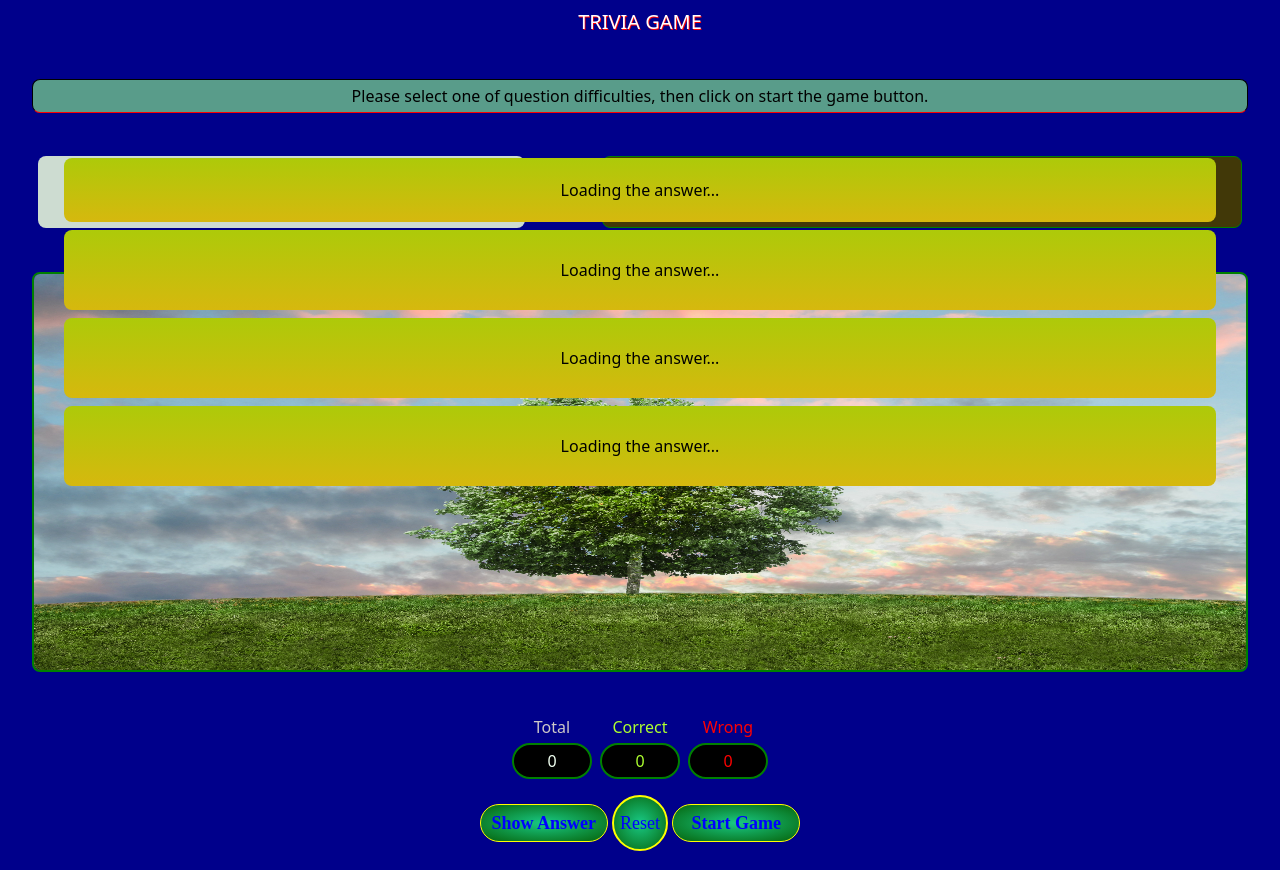
Repository: ShindanoSingi/bembe-trivia
Page: index.html
The author's editor kept a copy of each file at every save. The page is drawn from the files as they stood at one save, then again after the next save.
The browser window is 1280 px wide. The pictures show the whole page.
Some web libraries are served in a nearby version.

Above is the page before, as saved 2022-09-08 00:57:15.

### index.html
<!DOCTYPE html>
<html lang="en">

    <head>
        <meta charset="UTF-8">
        <meta http-equiv="X-UA-Compatible" content="IE=edge">
        <meta name="viewport" content="width=device-width, initial-scale=1.0">
        <link rel="stylesheet" href="style.css">
        <script src="https://cdn.tailwindcss.com"></script>
        <title>Trivia Game</title>
    </head>

    <body class="">
        <div class="containerBox max-h-[100vh] my-2 flex flex-col gap-[6vh]">
            <h1 class="text-center text-xl" >TRIVIA GAME</h1>
            <div class="questionBox text-center w-[95vw] px-2 h-[8rem] p-1 mx-auto rounded-lg">
                Please select one of question difficulties, then click on start the game button.
            </div>
            <div class="category-and-difficulty-container items-center justify-around flex">
                <div class="category-container w-[38vw] h-[4.5rem] bg-[#CDDCD1] flex items-center flex-col py-[0.3rem] rounded-lg">
                    <div class="labelCategory text-sm font-bold text-black">CATEGORY</div>
                    <div class="category text-sm text-center p-1 rounded-lg">
                        Loading category...
                    </div>
                </div>
                <div class="qDifficultyBox w-[50vw] pb-1 rounded-lg items-center flex h-[4.5rem] justify-around flex-col">
                        <div id="question" class="qCat text-sm">QUESTION DIFFICULTY</div>
                        <div class="difficulties-container flex gap-1">
                            <button class="difficulty px-1.5 text-sm rounded-full" id="easy">Easy</button>
                            <button class="difficulty px-1.5 rounded-full text-sm" id="medium">Medium</button>
                            <button class="difficulty px-1.5 text-sm rounded-full" id="hard">Hard</button>
                    </div>
                </div>
            </div>
            <div class="imgAndQuestions">
                <img class="w-[95vw] h-[25rem] mx-auto" src="pexels-skitterphoto-9198.jpg" alt="nature image">
                <div class="answersButtons absolute bottom-[14.6rem] ml-[5vw] flex space-y-2 items-center  flex-col">
                    <button class="showAnswer w-[90vw] p-1 absolute bottom-[17rem] mx-auto text-sm h-[5rem]">Loading the answer...</button>
                    <button class="response w-[90vw] p-1 text-center text-md h-[4rem]" id="response1">Loading the answer...</button>
                    <button class="response w-[90vw] p-1 text-md h-[5rem]" id="response2">Loading the answer...</button>
                    <button class="response w-[90vw] p-1 text-md h-[5rem]" id="response3">Loading the answer...</button>
                    <button class="response w-[90vw] p-1 text-md h-[5rem]" id="response4">Loading the answer...</button>
                    </div>
                </div>

            <div id="bottomPart" class="flex  mx-auto flex-col items-center gap-4">
                <div class="labelsAndButtons relative left-1 flex space-x-2">
                    <div class="question-number flex flex-col items-center">
                        <p class="labels pb-1" id="labelQ">Total</p>
                        <div class="bottombuttons w-[5rem] text-center py-1" id="questionNumber">0</div>
                    </div>
                    <div class="correct-answers flex flex-col items-center">
                        <p class="labels pb-1" id="labelC">Correct</p>
                        <div class="bottombuttons w-[5rem] text-center py-1" id="correct">0</div>
                    </div>
                    <div class="wrong-answers flex flex-col items-center">
                        <p class="labels pb-1" id="labelW">Wrong</p>
                        <div class="bottombuttons w-[5rem] text-center py-1" id="wrong">0</div>
                    </div>
                    <div class="timerQuestionCorrectWrong"></div>
                </div>
                <div class="threeBottomButtons">
                    <button class="w-[8rem] text-lg py-1" id="showAnswer">Show Answer</button>
                    <button class="reset text-lg p-1 w-[3.5rem] h-[3.5rem] rounded-full">Reset</button>
                    <button class="startGame text-lg w-[8rem] py-1">Start Game</button>
                </div>
            </div>
            </div>
        <script src="./script.js"></script>
    </body>
</html>

### style.css

/* iPhone 8 and smaller */

    /*  Set h1 text to red */
    h1 {
        color: #fff;
        text-shadow: 0.05rem 0.05rem red;
    }

    /* The box containing the question */
    .questionBox {
        color: rgb(0, 0, 0);
        border: 0.02rem solid;
        background-color: rgb(89, 156, 138);
        border-bottom-color: red;
    }

    /* Label for category */
    .labelCategory {
        color: white;
    }

    /* The show answer message box */
    .showAnswer {
        color: honeydew;
        visibility: hidden;
        border: 0.1rem solid green;
        border-radius: 0.5rem;
        background-color:rgb(2, 27, 3);
    }
    /*  Individual difficulty button */
    .difficulty {
        background-image: linear-gradient(rgb(16, 221, 142), rgb(4, 58, 7));
        border: 0.2rem solid rgb(21, 139, 35);
        color: white;
    }

    /*  Class containing all difficulty buttons */
    .difficulties-container {
        border-color: green;
    }
    /* The box containing difficulty buttons */
    .qDifficultyBox {
        border: 0.14vh solid green;
        background-color: rgb(65, 56, 8);
        color: white;
    }

    /* image */
    img {
        border: 0.15rem solid green;
        border-radius: 0.5rem;
    }
    /* all response buttons */
    .response {
        border-color: green;
        background-image: linear-gradient(rgb(173, 202, 9), rgb(214, 184, 14));
        color: black;
        border-radius: 0.5rem;
    }
    /* All response buttons */
    .response:hover {
        background-image: linear-gradient(rgb(32, 90, 165), rgb(72, 168, 192));
    }

    /* Show answer button */
    #showAnswer {
        color: blue;
        border: 0.54vh solid green;
        border: 0.27vh solid yellow;
        border-radius: 20rem;
        font-family: cursive;
        font-weight: bold;
        background-image: radial-gradient(rgb(25, 201, 133), rgb(6, 99, 10));
    }
    #showAnswer:hover {
        background-image: radial-gradient(rgb(201, 25, 25), rgb(93, 99, 6));
        color: white;
    }
    /* Start game button */
    .startGame {
        color: blue;
        border: 0.54vh solid green;
        border: 0.27vh solid yellow;
        border-radius: 20rem;
        font-family: cursive;
        font-weight: bold;
        background-image: radial-gradient(rgb(25, 201, 133), rgb(6, 99, 10));
    }
    /* Start game button */
    .startGame:hover {
        background-image: radial-gradient(rgb(201, 25, 25), rgb(93, 99, 6));
        color: white;
    }
    /* Reset button */
    .reset {
        color: blue;
        border: 0.5rem solid green;
        border: 0.15rem solid yellow;
        font-family: cursive;
        background-image: radial-gradient(rgb(25, 201, 133), rgb(6, 99, 10));
    }
    /* Reset button */
    .reset:hover {
        background-image: radial-gradient(rgb(201, 25, 25), rgb(93, 99, 6));
        color: white;
    }

    /* Class containing the 3 bottom labels  (total questions, correct answers and wrong answers) */
    .question-number {
        color: rgb(205, 200, 200);
    }

    .correct-answers {
        color: greenyellow;
    }

    .wrong-answers {
        color: red;
    }

    /* The bottom boxes for total question number, correct answers and wrong answers */
    .bottombuttons {
        border: 0.15rem solid green;
        background-color: black;
        color: honeydew;
        border-radius: 2rem;
    }

    /* Set the wrong anser to red */
    #wrong {
        color: rgb(255, 0, 0);
    }
    /* Set the correct anser to green */
    #correct {
        color: greenyellow;
    }

    /* Change the color when "easy" button is hovered over */
    #easy:hover {
        background-image: linear-gradient(rgb(202, 9, 9), rgb(214, 184, 14));
    }
    /* Change the color when "easy" button is hovered over */
    #medium:hover {
        background-image: linear-gradient(rgb(202, 9, 9), rgb(214, 184, 14));
    }
    /* Change the color when "easy" button is hovered over */
    #hard:hover {
        background-image: linear-gradient(rgb(202, 9, 9), rgb(214, 184, 14));
    }

    body {
      background-color: darkblue;
    }

### script.js
// Declaring variables

// Capture win window
let winWindow = document.querySelector('.win');

// Declae win reset button
let winResetButton = document.querySelector('.winReset');

// define lose reset button
let loseResetButton = document.querySelector('.loseReset');

// define lose window
let loseWindow = document.querySelector('.lose');

// define win image
let winImage = document.querySelector('.winImage')

// define a message if the payer loses the game
let loseMessage = document.querySelector('#losePar');

// define
let video = document.querySelector('#myVideo');

// Get Body content
let body = document.querySelector('body');

// This will hold category information
let category = document.querySelector('.category');

// This will hold the question
let question = document.querySelector('.questionBox');

// This is for all response buttons
let answerButtons = document.querySelector('.answersButtons');

// Define difficulty buttons
let difficultyButtons = document.querySelector('.difficulties-container');

// Define image
let image = document.querySelector('img');

// Define audio button
let audioButton = document.querySelector('.audio');

// Declaring individual difficulty buttons
let easyButton = document.querySelector('#easy');
let mediumButton = document.querySelector('#medium');
let hardButton = document.querySelector('#hard');

// This is for individual responses
let response1 = document.querySelector('#response1');
let response2 = document.querySelector('#response2');
let response3 = document.querySelector('#response3');
let response4 = document.querySelector('#response4');

// Define the total number of questions' box.
let totNumQuestionsBox = document.querySelector('#questionNumber');

// This will hold number of correct answers
let cAnswer = document.querySelector('#correct');

// This will hold number of wrong answers
let wAnswer = document.querySelector('#wrong');

// Define the "show answer" button
let showAnswerButton = document.querySelector('#showAnswer');

let corrAnswer;

// Create new audio objects
// Code source: https://www.w3schools.com/jsref/met_audio_play.asp
let audio = new Audio('general-logo-13395.mp3');

let questionscoreCount = 0;
let correctAnswerScoreCount = 0;
let wrongAnswerscoreCount = 0;
let scoreCount = 0;
let clear = '';
let difficulty = '';

// Set winning scoreCount
let winningscoreCount = 6;

let highscoreCount = 0;

let startGame = document.querySelector('.startGame');

// Takes the response from fetch
let triviaQuestion;

// Define a global url which will be accessed by multiple functions
let url;

// Array of all Images/jpg
// https://www.pexels.com/search/environment/
let arrayImages = [];
arrayImages.push('pexels-ákos-szabó-440731.jpg');
arrayImages.push('pexels-atikul-haque-rafat-679598.jpg');
arrayImages.push('pexels-felix-mittermeier-957024.jpg');
arrayImages.push('pexels-ian-turnell-709552.jpg');
arrayImages.push('pexels-karolina-grabowska-5750182.jpg');
arrayImages.push('pexels-mahima-1250260.jpg');
arrayImages.push('pexels-mali-maeder-142497.jpg');
arrayImages.push('pexels-matthias-cooper-580900.jpg');
arrayImages.push('pexels-min-an-1131458.jpg');
arrayImages.push('pexels-minamarie-michell-570041.jpg');
arrayImages.push('pexels-olya-kobruseva-5236397.jpg');
arrayImages.push('pexels-pixabay-33044.jpg');
arrayImages.push('pexels-pixabay-221012.jpg');
arrayImages.push('pexels-pixabay-235615.jpg');
arrayImages.push('pexels-pixabay-259280.jpg');
arrayImages.push('pexels-pixabay-302804.jpg');
arrayImages.push('pexels-pixabay-414090.jpg');
arrayImages.push('pexels-pixabay-459225.jpg');
arrayImages.push('pexels-pixabay-459225.jpg');
arrayImages.push('pexels-pixabay-460621.jpg');
arrayImages.push('pexels-scott-webb-1048033.jpg');
arrayImages.push('pexels-skitterphoto-9198.jpg');
arrayImages.push('pexels-sohail-na-807598.jpg');

// for correct and wrong answer song; source code:
// https://www.dreamstime.com/stock-music-sound-effect/wrong-answer-answer.html

// Reset the game when the "Reset" button is clicked
let resetButton = document.querySelector('.reset');
resetButton.addEventListener('click', () => {

    // Code source: https://www.w3schools.com/jsref/met_audio_play.asp
    audio.volume = 0.2;

    // Refresh the page/window
    window.location.reload();
});

// Assign color to all answer buttons and call "play" function
let startButton = () => {

    // Increament the score count.
    scoreCount++;

    // Select all responses buttons.
    let responses = document.querySelectorAll('.response');
    responses.forEach(response => {
        response.style.backgroundImage = 'linear-gradient(rgb(173, 202, 9), rgb(57, 14, 214));'
    })

    // When the "Start The Game" button is presNexted, Call "play" function
    play();
}

// Select difficulty buttons
difficultyButtons.addEventListener('click', e => {

    // Target the element/button by its id.
    difficulty = e.target.id;

    // Only change the color "easy" button is selected, then enable "Start The Game"
    if (difficulty === 'easy') {

        // Only change the background of "easy button" to a different color, and let other bottons'
        // colors unchanged.
        e.target.style.backgroundImage = 'linear-gradient(rgb(9, 25, 202), rgb(81, 14, 214))';
        mediumButton.style.backgroundImage = `linear-gradient(rgb(16, 221, 142), rgb(4, 58, 7))`;
        hardButton.style.backgroundImage = `linear-gradient(rgb(16, 221, 142), rgb(4, 58, 7))`;

        // Start the Game when "Start The Game" is clicked
        let startGame = document.querySelector('.startGame');
        startGame.addEventListener('click', () => {
            startButton();
        });
    }

    // Only change the color "medium" button is selected, then enable "Start The Game"
    else if (difficulty === 'medium') {

        // Only change the background of "medium button" to a different color, and let other bottons'
        // colors unchanged.
        e.target.style.backgroundImage = 'linear-gradient(rgb(9, 25, 202), rgb(81, 14, 214))';
        easyButton.style.backgroundImage = `linear-gradient(rgb(16, 221, 142), rgb(4, 58, 7))`;
        hardButton.style.backgroundImage = `linear-gradient(rgb(16, 221, 142), rgb(4, 58, 7))`;

        // Start the Game when "Start The Game" is clicked
        startGame.addEventListener('click', () => {
            startButton();
        });
    }

    // Only change the color "hard" button is selected, then enable "Start The Game"
    else if (difficulty === 'hard') {

        // Only change the background of "hard button" to a different color, and let other bottons'
        // colors unchanged.
        e.target.style.backgroundImage = 'linear-gradient(rgb(9, 25, 202), rgb(81, 14, 214))';
        mediumButton.style.backgroundImage = `linear-gradient(rgb(16, 221, 142), rgb(4, 58, 7))`;
        easyButton.style.backgroundImage = `linear-gradient(rgb(16, 221, 142), rgb(4, 58, 7))`;



        // Start the Game when "Start The Game" is clicked
        startGame.addEventListener('click', () => {
            startButton();
        });
    }

    // Return the value of the chosen difficulty button.
    return difficulty;
})



// Play the game when the start game button is click.
function play() {

    // Define and get a random number
    // Source: https://www.w3schools.com/jsref/jsref_random.asp
    let randomQuestion = Math.floor(Math.random() * 10 + 9);

    // Get the question from the API
    // Source: https://opentdb.com/api_config.php
    url = `https://opentdb.com/api.php?amount=50&difficulty=${difficulty}&type=multiple`

    // Define an empty array that will hold the correct answer and 3 wrong answers
    let arr = [];

    // fetch the the result for the above url.
    fetch(url)
        .then(res => {
            return res.json()
        })

        .then(res => {

            triviaQuestion = res;

            // Capture the correct from the response
            corrAnswer = res.results[0].correct_answer;

            arr.push(res.results[0].correct_answer);
            arr.push(res.results[0].incorrect_answers[0])
            arr.push(res.results[0].incorrect_answers[2])
            arr.push(res.results[0].incorrect_answers[1])

            category.innerHTML = res.results[0].category
            question.innerHTML = res.results[0].question

            // Assigning answers to answers buttons
            response1.innerHTML = arr[0];
            response2.innerHTML = arr[1];
            response3.innerHTML = arr[2];
            response4.innerHTML = arr[3];

            // Shuffling the array to avoid answers pattern.
            for (let i = arr.length - 1; i > 0; i--) {
                let j = Math.floor(Math.random() * (i + 1))

                let tempNum = arr[i];
                arr[i] = arr[j];
                arr[j] = tempNum;
            }
        })
}


// Track the clicking event of each answerButton
answerButtons.addEventListener('click', (event) => {

    // Check if the selected answer is equal to correct answer
    if (event.target.innerText === triviaQuestion.results[0].correct_answer) {

        // Increment total number of question
        scoreCount++;

        // Increament the the number of correct answers.
        correctAnswerScoreCount++;

        // Write the correct answer in the correct answer box
        cAnswer.innerText = correctAnswerScoreCount;

        for (let i = arrayImages.length - 1; i > 0; i--) {
            let j = Math.floor(Math.random() * (i + 1))

            let tempNum = arrayImages[i];
            arrayImages[i] = arrayImages[j];
            arrayImages[j] = tempNum;
        }

        // Play a random video
        image.src = arrayImages[1];

        // Set the background of the correct answer to green
        event.target.style.backgroundImage = `linear-gradient(rgb(0, 255, 106),
        rgb(9, 106, 28))`;

        // Call the next question
        nextQuestion()
    }

    // Check if the selected answer is not equal to the correct answer
    else if (event.target.innerText !== triviaQuestion.results[0].correct_answer) {

        // Play this audio if the answer is incorrect
        let audioWrongAnswer = new Audio('wrongAnswer.mp3');


        for (let i = arrayImages.length - 1; i > 0; i--) {
            let j = Math.floor(Math.random() * (i + 1))

            let tempNum = arrayImages[i];
            arrayImages[i] = arrayImages[j];
            arrayImages[j] = tempNum;
        }

        // Play a random video
        image.src = arrayImages[0];

        // Incremment scoreCount
        scoreCount++;

        // Increament the the number of incorrect answers.
        wrongAnswerscoreCount++;

        // Set the background of the correct answer to red
        event.target.style.backgroundImage = 'linear-gradient(rgb(220, 7, 7), #fa0a0a)';

        // Write the incorrect answer in the wrong answer box
        wAnswer.innerHTML = wrongAnswerscoreCount;
    }

    // Call the next question
    nextQuestion();
})

// Refresh the window reset all numbers to 0 and all texts to empty.
function refreshWindow() {
    window.location.reload()
}

// This function runs when the player calls for the next question.
function nextQuestion() {


    // Source: https://www.w3schools.com/jsref/jsref_random.asp
    let randomQuestions = Math.floor(Math.random() * 10 + 9);

    let urlNext = `https://opentdb.com/api.php?amount=1&category=${randomQuestions}&type=multiple`

    let arrNext = [];

    fetch(urlNext)
        .then(resNext => {
            return resNext.json()
        })

        .then(resNext => {

            // Capture the correct from the response
            corrAnswer = resNext.results[0].correct_answer;

            // Assign the response from fetch to triviaQuestion
            triviaQuestion = resNext;

            arrNext.push(resNext.results[0].correct_answer);
            arrNext.push(resNext.results[0].incorrect_answers[0])
            arrNext.push(resNext.results[0].incorrect_answers[2])
            arrNext.push(resNext.results[0].incorrect_answers[1])

            // Shuffling the array to avoid answers pattern.
            // source: https://www.geeksforgeeks.org/how-to-shuffle-an-array-using-javascript/

            for (let i = arrNext.length - 1; i > 0; i--) {
                let j = Math.floor(Math.random() * (i + 1))

                let tempNums = arrNext[i];
                arrNext[i] = arrNext[j];
                arrNext[j] = tempNums;
            }

            // Assigning original coloanswers to answers buttons
            response1.innerHTML = arrNext[0];
            response1.style.backgroundImage = 'linear-gradient(rgb(173, 202, 9), rgb(57, 14, 214))'

            response2.innerHTML = arrNext[1];
            response2.style.backgroundImage = 'linear-gradient(rgb(173, 202, 9), rgb(57, 14, 214))'

            response3.innerHTML = arrNext[2];
            response3.style.backgroundImage = 'linear-gradient(rgb(173, 202, 9), rgb(57, 14, 214))'

            response4.innerHTML = arrNext[3];
            response4.style.backgroundImage = 'linear-gradient(rgb(173, 202, 9), rgb(57, 14, 214))'

            category.innerHTML = resNext.results[0].category
            question.innerHTML = resNext.results[0].question

            console.log(resNext.results[0])

        })
}

// Display the answer if the "show Andwer" button is clicked for 1 second, then hide the answer.
showAnswerButton.addEventListener('click', () => {
    let answerBox = document.querySelector('.showAnswer');

    setTimeout(function () {
        answerBox.style.visibility = 'visible';
        answerBox.style.zIndex = '100';

        answerBox.innerHTML = corrAnswer;
        //Hide the answer
        setTimeout(function () {
            answerBox.style.visibility = 'hidden';

        }, 1000)
    }, 1000)

    if (answerBox.innerHTML === 'undefined') {
        answerBox.innerHTML = "Loading the answer...";
    }
    else {
        answerBox.innerHTML = "Loading the answer...";
    }
})

After the next save:
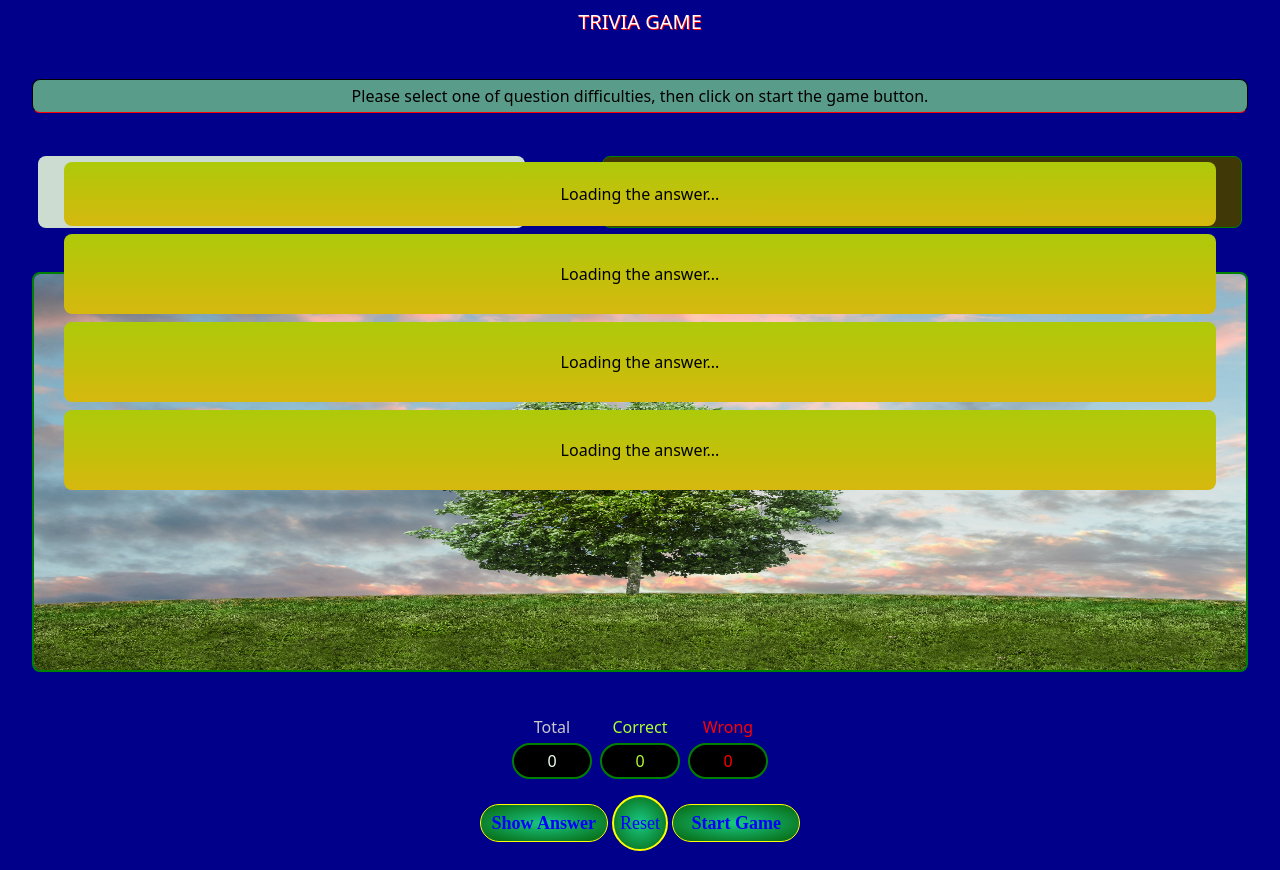
Saved 5 s later.
--- a/index.html
+++ b/index.html
@@ -34,7 +34,7 @@
             </div>
             <div class="imgAndQuestions">
                 <img class="w-[95vw] h-[25rem] mx-auto" src="pexels-skitterphoto-9198.jpg" alt="nature image">
-                <div class="answersButtons absolute bottom-[14.6rem] ml-[5vw] flex space-y-2 items-center  flex-col">
+                <div class="answersButtons absolute bottom-[14.4rem] ml-[5vw] flex space-y-2 items-center  flex-col">
                     <button class="showAnswer w-[90vw] p-1 absolute bottom-[17rem] mx-auto text-sm h-[5rem]">Loading the answer...</button>
                     <button class="response w-[90vw] p-1 text-center text-md h-[4rem]" id="response1">Loading the answer...</button>
                     <button class="response w-[90vw] p-1 text-md h-[5rem]" id="response2">Loading the answer...</button>
